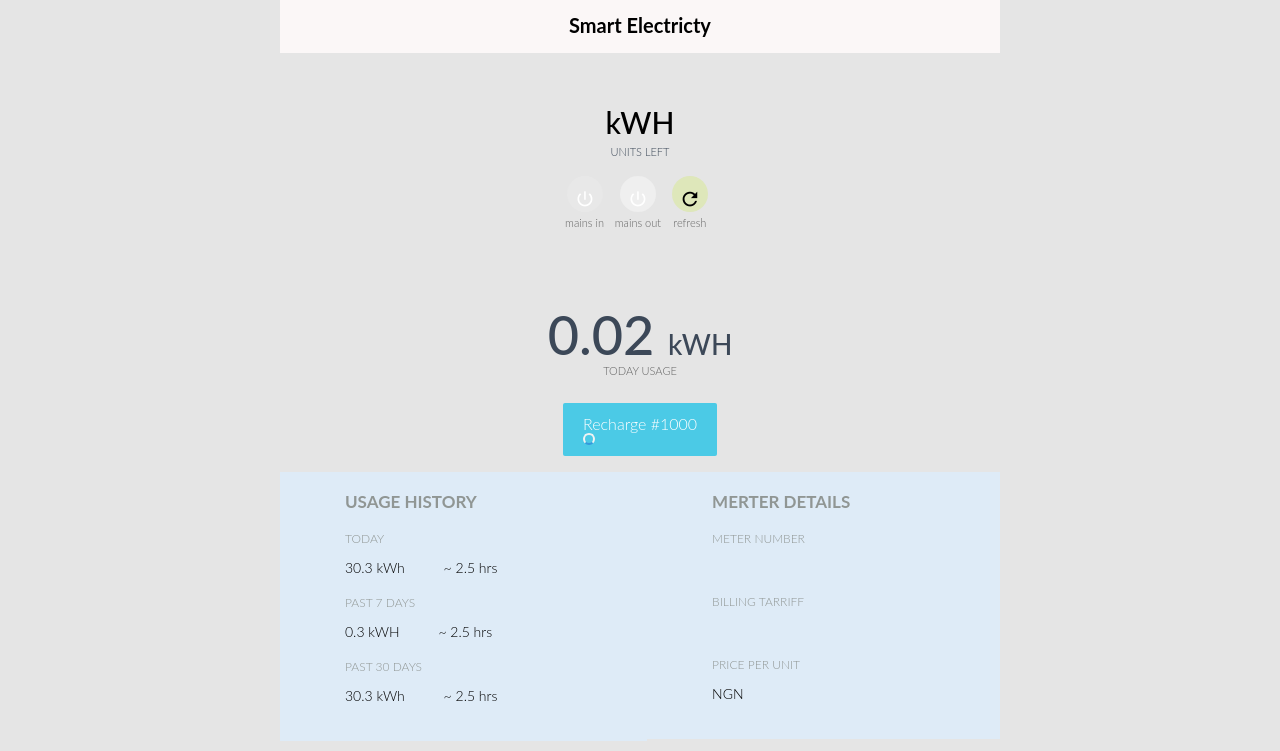
Repository: stefnnT/eko-smart-meter-hackathon
Page: subscriber.html
An editor plug-in stored every save of this project. The page is shown before and after a run of saves, followed by the edit.
The browser window is 1280 px wide. The pictures show the whole page.
The page's requests for data from a server got no answer. Some web libraries are served in a nearby version.

Above is the page before, as saved 2020-09-04 13:33:01.
Not found: assets/assets-for-demo/vertical-nav.css

After the next 4 saves:
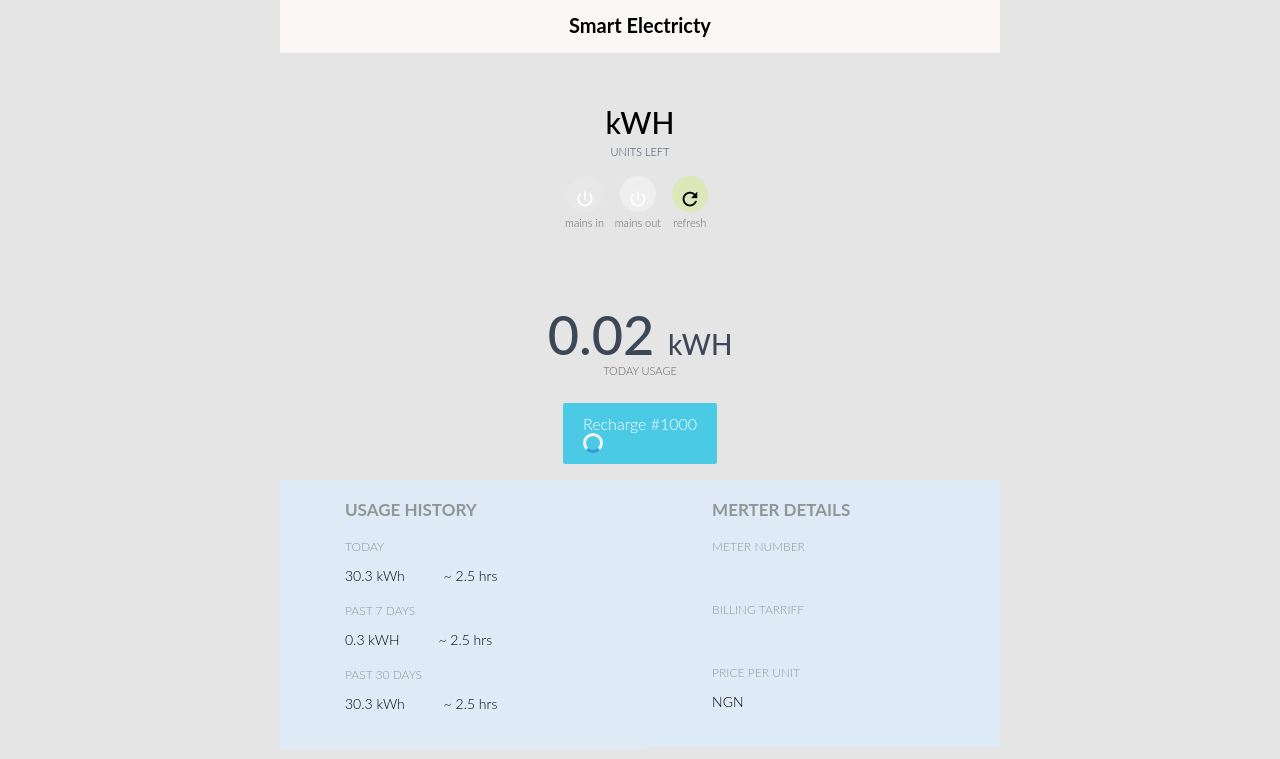
The 4 saves are shown as one change because they came seconds apart.
The last was saved 11 s later.
--- a/style2.css
+++ b/style2.css
@@ -657,11 +657,11 @@ button.dashboard__summary-icon {
 }
 
 .loader {
-  border: 2px solid #f3f3f3; /* Light grey */
-  border-top: 2px solid #3498db; /* Blue */
+  border: 3px solid #f3f3f3; /* Light grey */
+  border-top: 3px solid #3498db; /* Blue */
   border-radius: 50%;
-  width: 12px;
-  height: 12px;
+  width: 20px;
+  height: 20px;
   animation: spin 2s linear infinite;
 }
 
